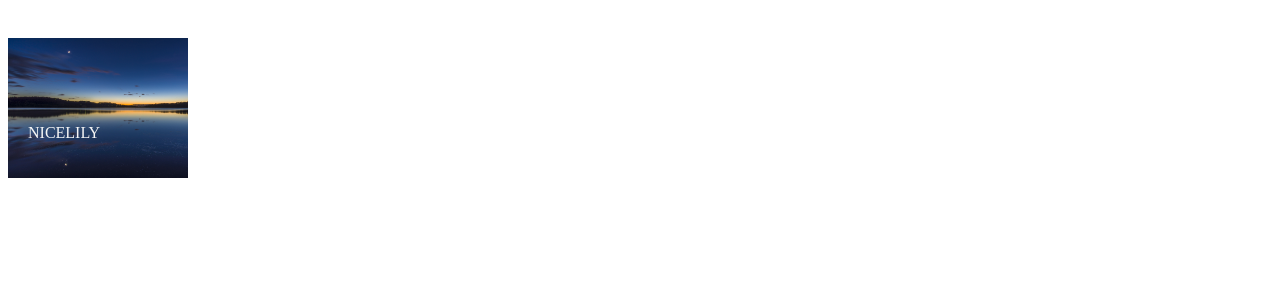
Repository: northpx/animation
Page: index.html
These files come from the project's save history. The page is drawn as it stood at one moment and after a run of saves; the edit follows.
The browser window is 1280 px wide. The pictures show the whole page.
The pointer rests on the first visible `.container`.

Above is the page before, as saved 2022-12-19 20:37:48.

After the next 3 saves:
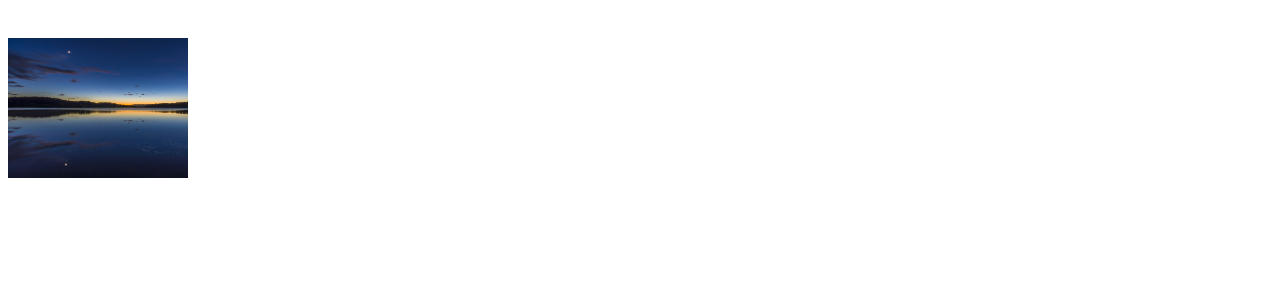
The 3 saves are shown as one change because they came seconds apart.
The last was saved 7 s later.
--- a/style.css
+++ b/style.css
@@ -124,5 +124,5 @@
 }
 
 .container:hover .content{
-    tra
+    transform: translateY(50px);
 }
